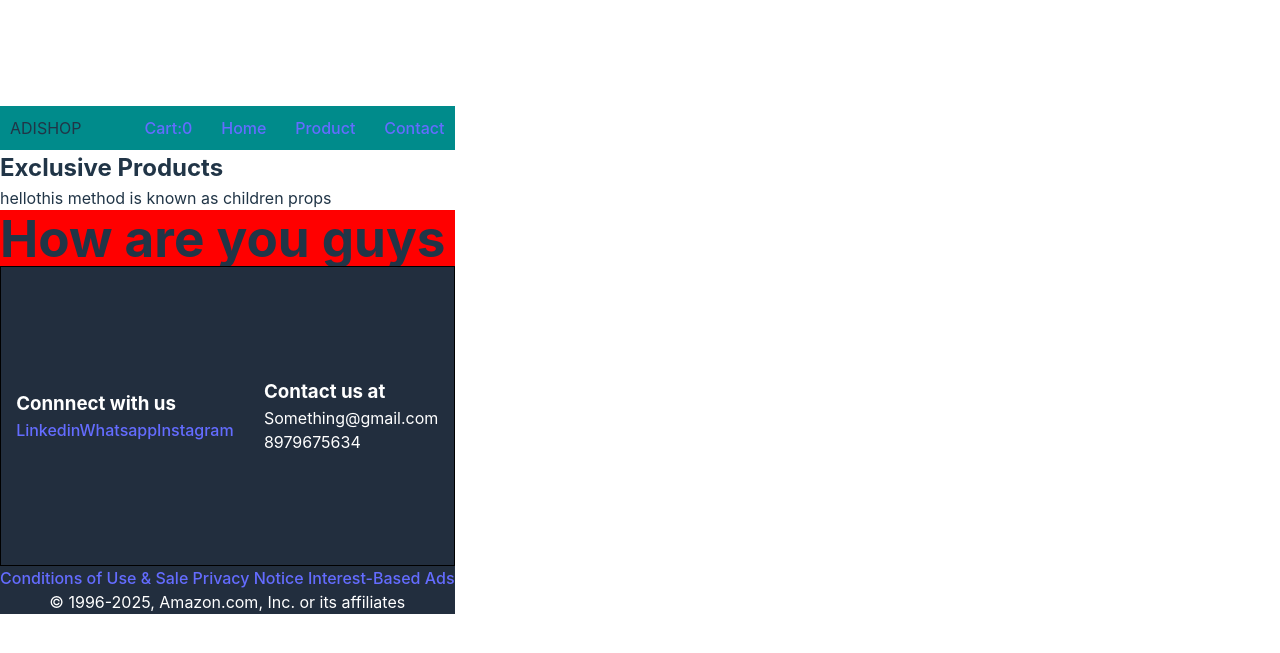
Repository: Aditya0377/React-ecommercewebsite
Page: / (app in ecommerce/)
These files come from the project's save history. The page is drawn as it stood at one moment and after the next save; the edit follows.
The browser window is 1280 px wide. The pictures show the whole page.
The project was rebuilt for these pictures with package versions that can differ from the ones it lists, and the page was loaded fresh each time. Also part of the build but not shown: ecommerce/vite.config.js, ecommerce/src/components/Product.css, ecommerce/src/components/Product.jsx, ecommerce/src/components/Contact.css, ecommerce/src/components/Contact.jsx, ecommerce/src/components/Login.jsx. Imported but missing from the stored project, and not drawn on this page: ecommerce/src/components/Cart.

Above is the page before, as saved 2025-01-23 15:49:53.

After the next save:
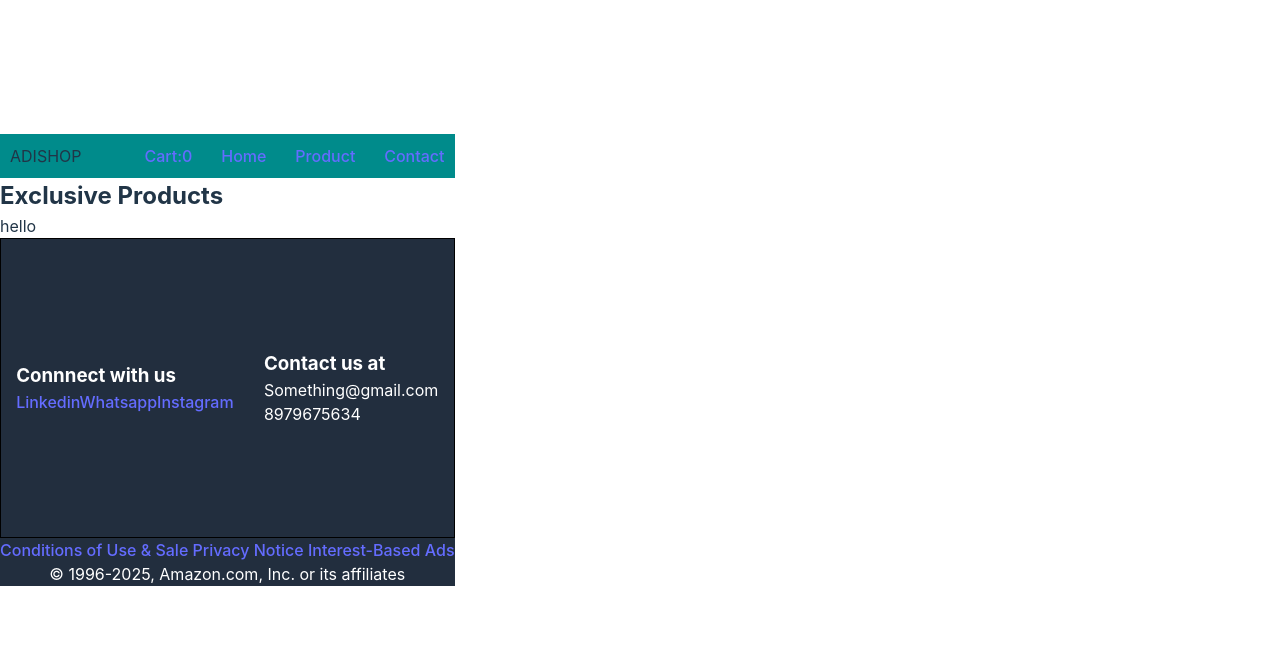
Saved 37 s later.
--- a/ecommerce/src/App.jsx
+++ b/ecommerce/src/App.jsx
@@ -35,10 +35,10 @@
 
 
       </Routes>
-      <Pracctise>
-        this method is known as children props
-        <h1>How are you guys</h1>
-      </Pracctise>
+      <context.Provider>
+        <Pracctise />
+      </context.Provider>
+
       <Footer />
     </div>
   )
